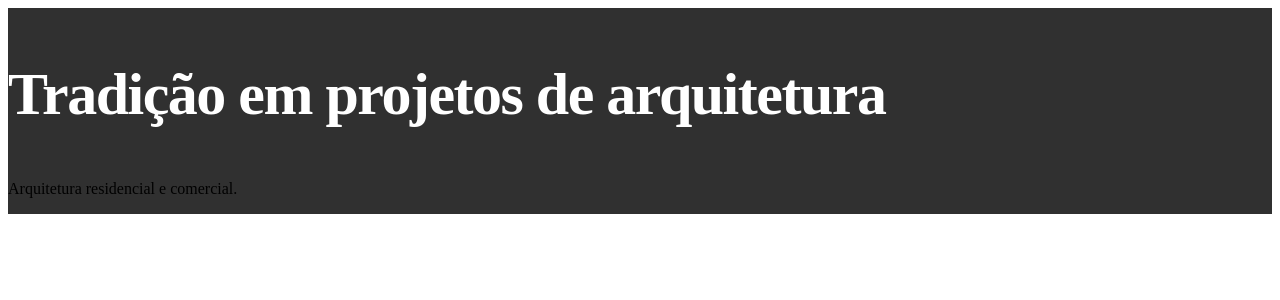
Repository: kleber-goncalves/RID196047_Desafio01
Page: index.html
These files come from the project's save history. The page is drawn as it stood at one moment and after the next save; the edit follows.
The browser window is 1280 px wide. The pictures show the whole page.

Above is the page before, as saved 2024-12-18 16:14:13.

After the next save:
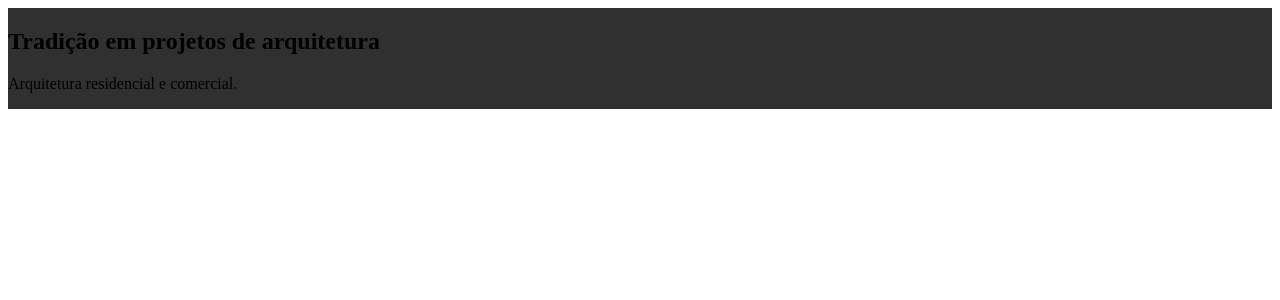
Saved 6 s later.
--- a/style.css
+++ b/style.css
@@ -13,11 +13,5 @@
 }
 
 #txt-topo {
-    color: #FFF;
-    font-feature-settings: 'liga' off;
-    font-size: 3.75rem;
-    font-style: normal;
-    font-weight: 600;
-    line-height: 4.5rem; /* 120% */
-    letter-spacing: -0.09375rem;
+
 }
